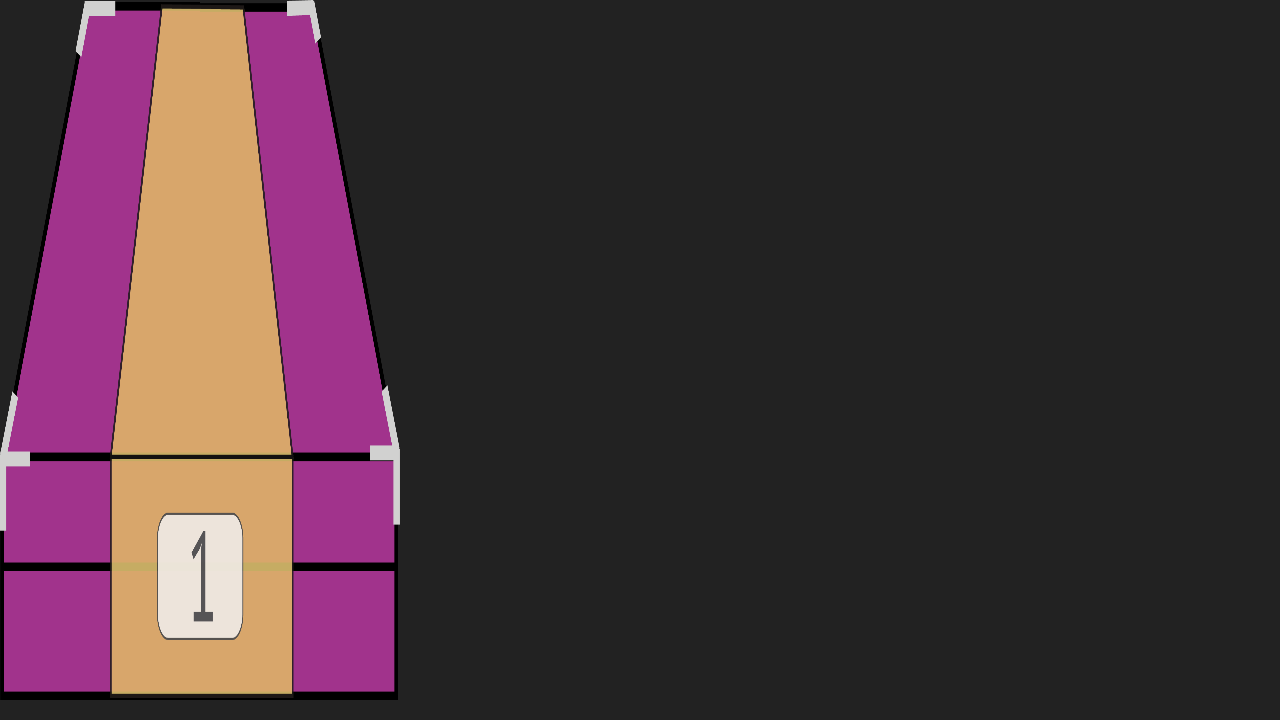
Repository: elnacp/Deal_or_no_deal
Page: DealOrNoDeal/index.html
An editor plug-in stored every save of this project. The page is shown before and after the next save, followed by the edit.
The browser window is 1280 px wide. The pictures show the whole page.

Above is the page before, as saved 2017-11-25 21:26:39.

After the next save:
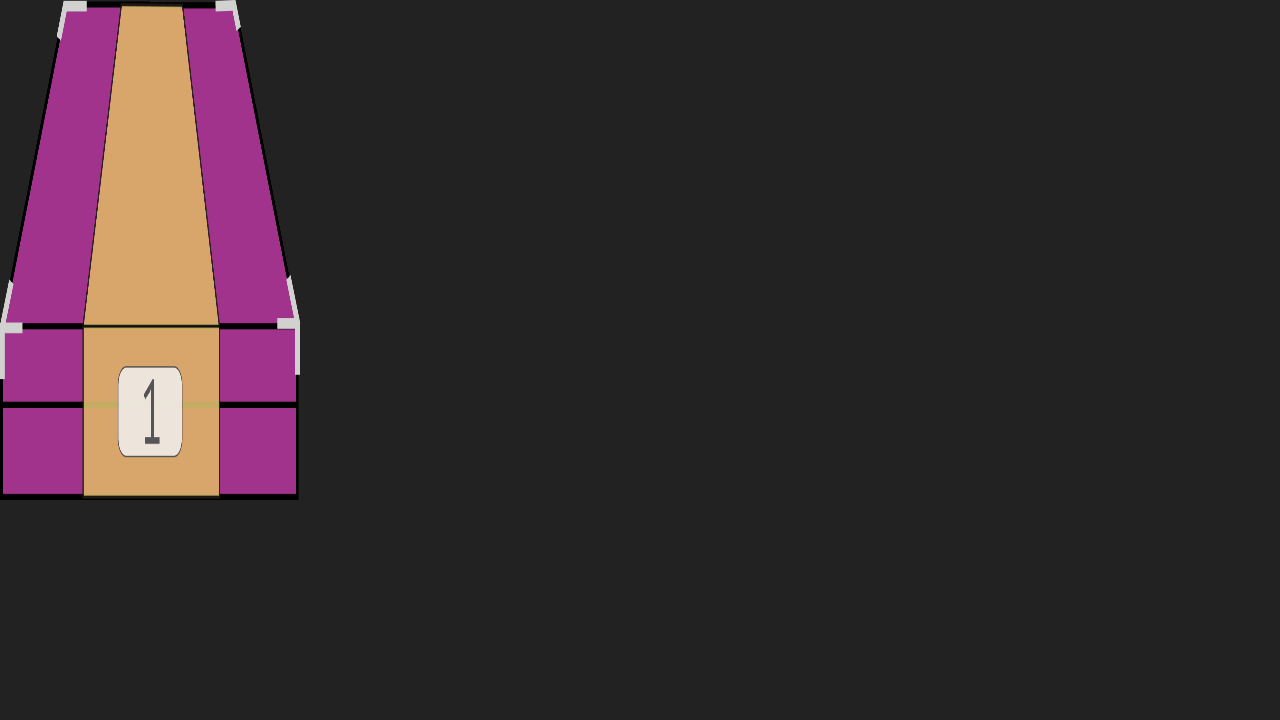
Saved 18 s later.
--- a/DealOrNoDeal/css/style.css
+++ b/DealOrNoDeal/css/style.css
@@ -23,6 +23,6 @@ body {
 }
 
 #image{
-	width:400px;
-	height:700px;
+	width:300px;
+	height:500px;
 }
